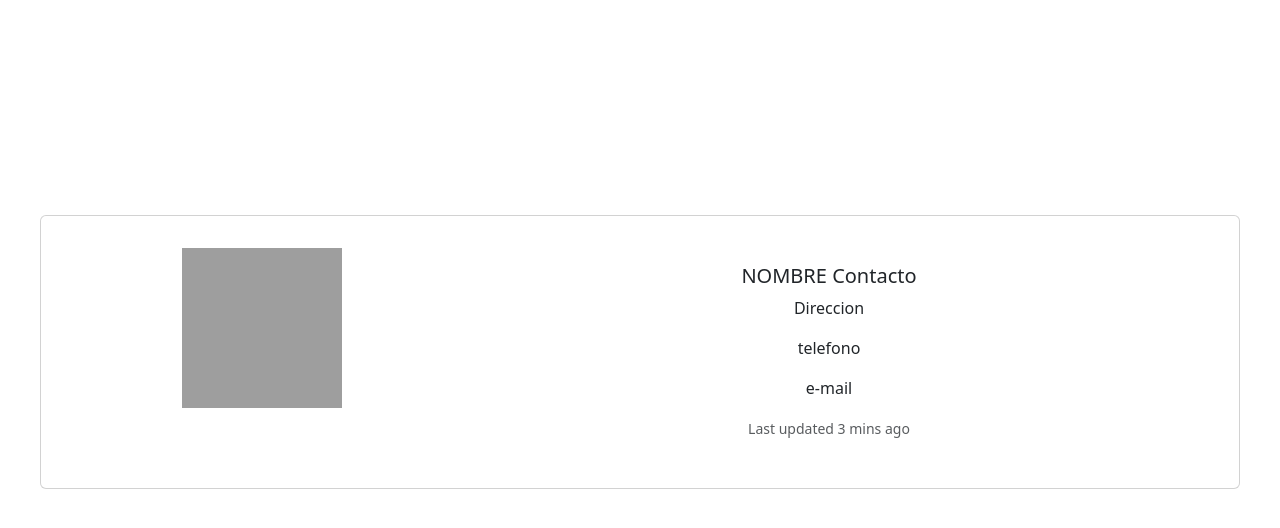
Repository: Cyttariasp/react-router-contact-list
Page: /edit (app in contact-list/)
An editor plug-in stored every save of this project. The page is shown before and after the next save, followed by the edit.
The browser window is 1280 px wide. The pictures show the whole page.
Pictures or frames that could not be fetched are drawn as grey boxes. The project was rebuilt for these pictures with package versions that can differ from the ones it lists, and the page was loaded fresh each time. Also part of the build but not shown: contact-list/vite.config.js, contact-list/src/views/Home.jsx, contact-list/src/views/Contact.jsx.

Above is the page before, as saved 2025-07-21 10:47:33.

After the next save:
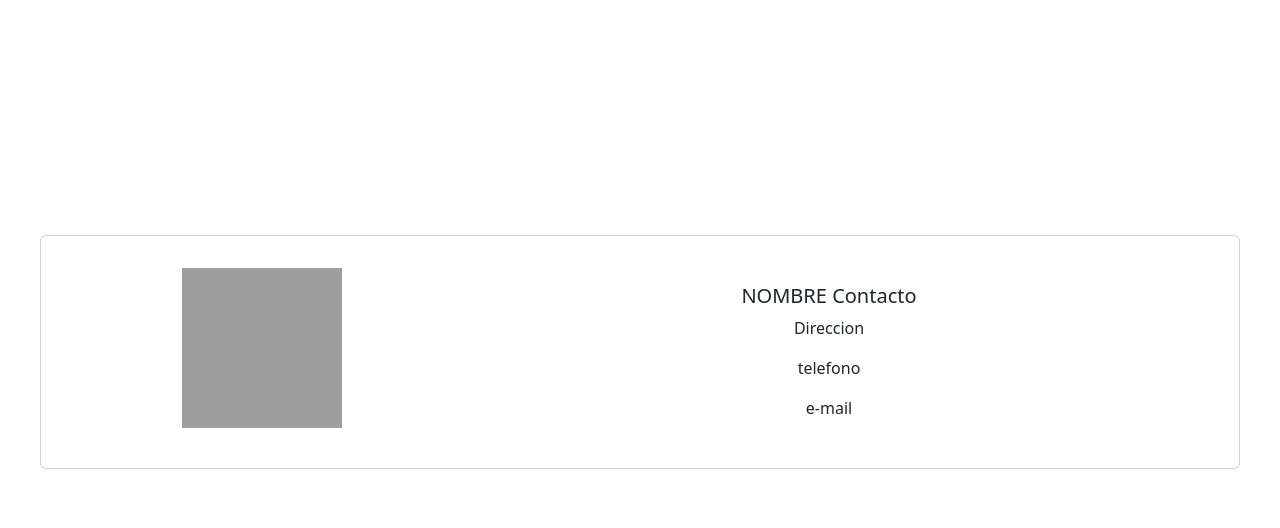
Saved 20 s later.
--- a/contact-list/src/views/Edit.jsx
+++ b/contact-list/src/views/Edit.jsx
@@ -15,12 +15,6 @@ function Edit() {
             <p className="card-text">Direccion</p>
             <p className="card-text">telefono</p>
             <p className="card-text">e-mail</p>
-
-            <p className="card-text">
-              <small className="text-body-secondary">
-                Last updated 3 mins ago
-              </small>
-            </p>
           </div>
         </div>
       </div>
